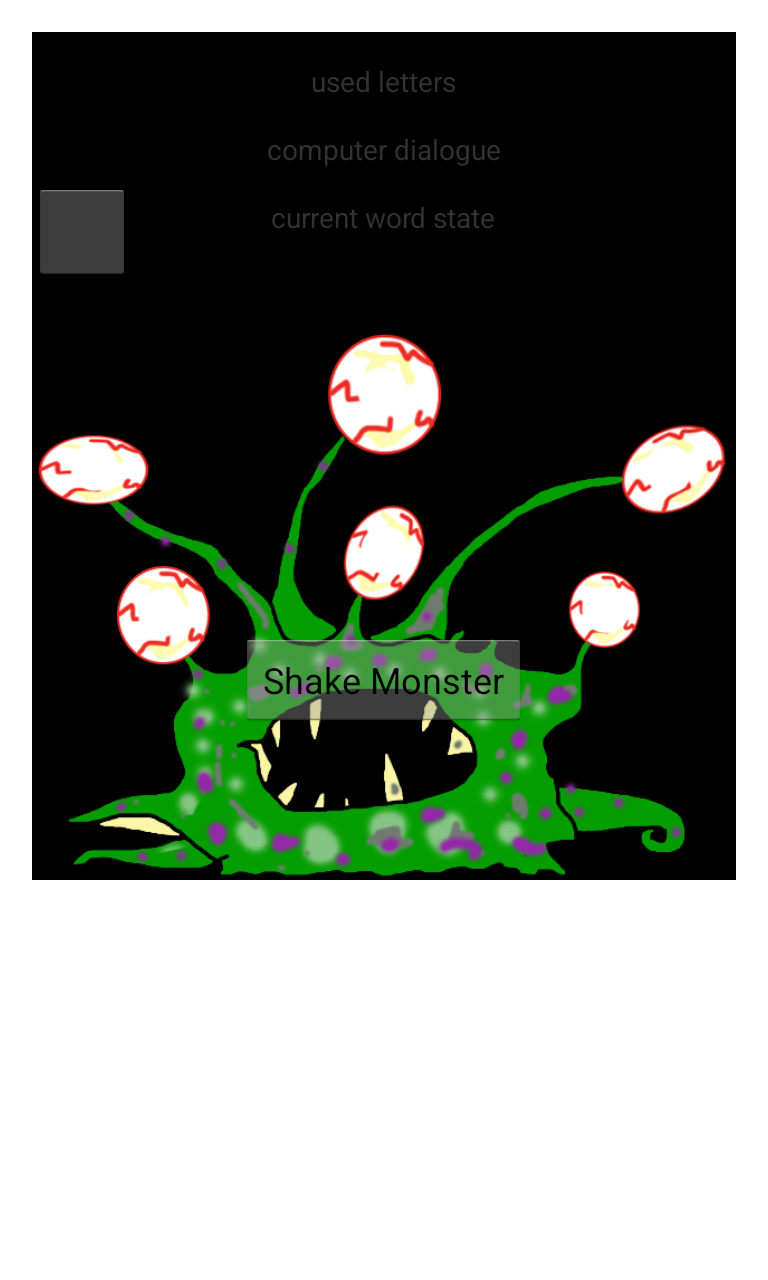
Repository: svandenhout/EvilSpaceMonsterHangman
Layout: evilSpaceMonsterHangman/res/layout/activity_main.xml
An editor plug-in stored every save of this project. The layout is shown before and after the next save, followed by the edit.
It is drawn on a 768 x 1280 px phone screen (xhdpi) without system bars, with theme AppTheme; the app's code is not run.

Above is the layout before, as saved 2013-12-17 09:22:23.

After the next save:
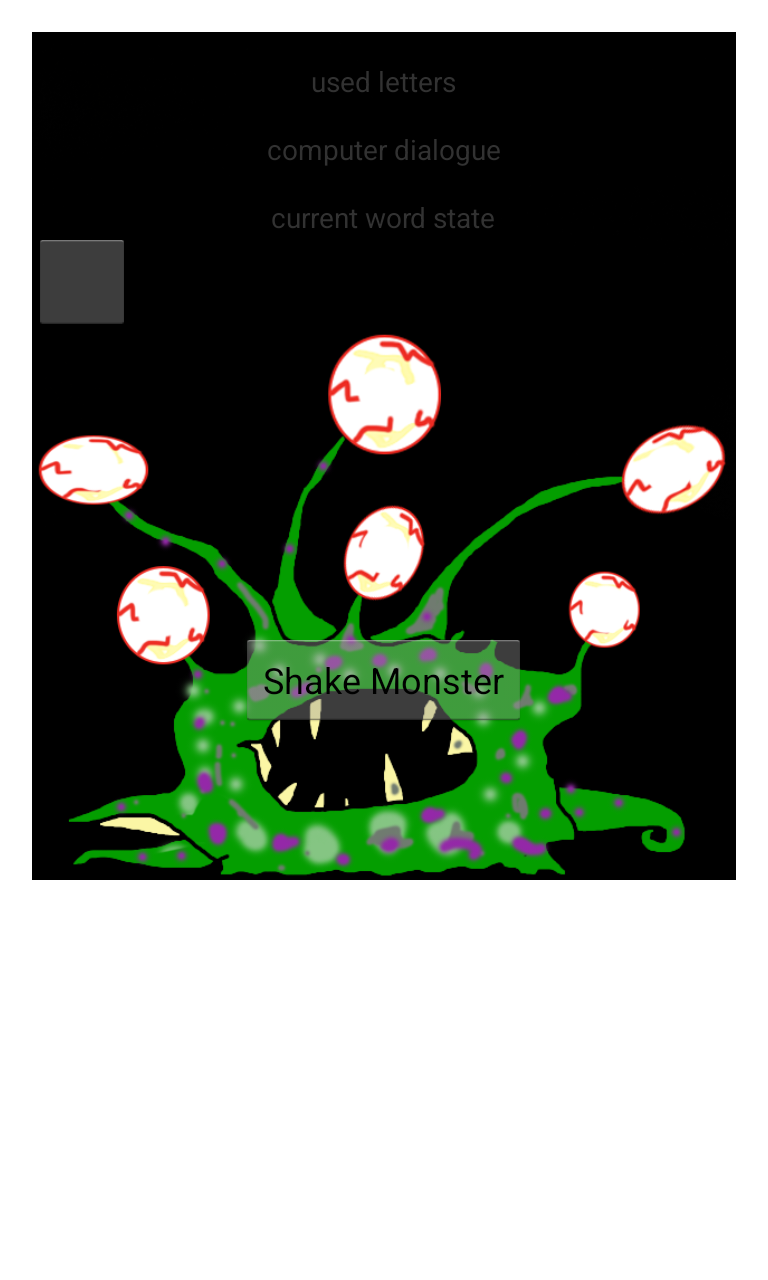
Saved 35 s later.
--- a/evilSpaceMonsterHangman/res/layout/activity_main.xml
+++ b/evilSpaceMonsterHangman/res/layout/activity_main.xml
@@ -50,7 +50,7 @@
         android:layout_height="50dp"
         android:layout_alignTop="@+id/space_monster"
         android:layout_alignParentLeft="true"
-        android:layout_marginTop="150px"
+        android:layout_marginTop="200px"
         />
 
     <Button
